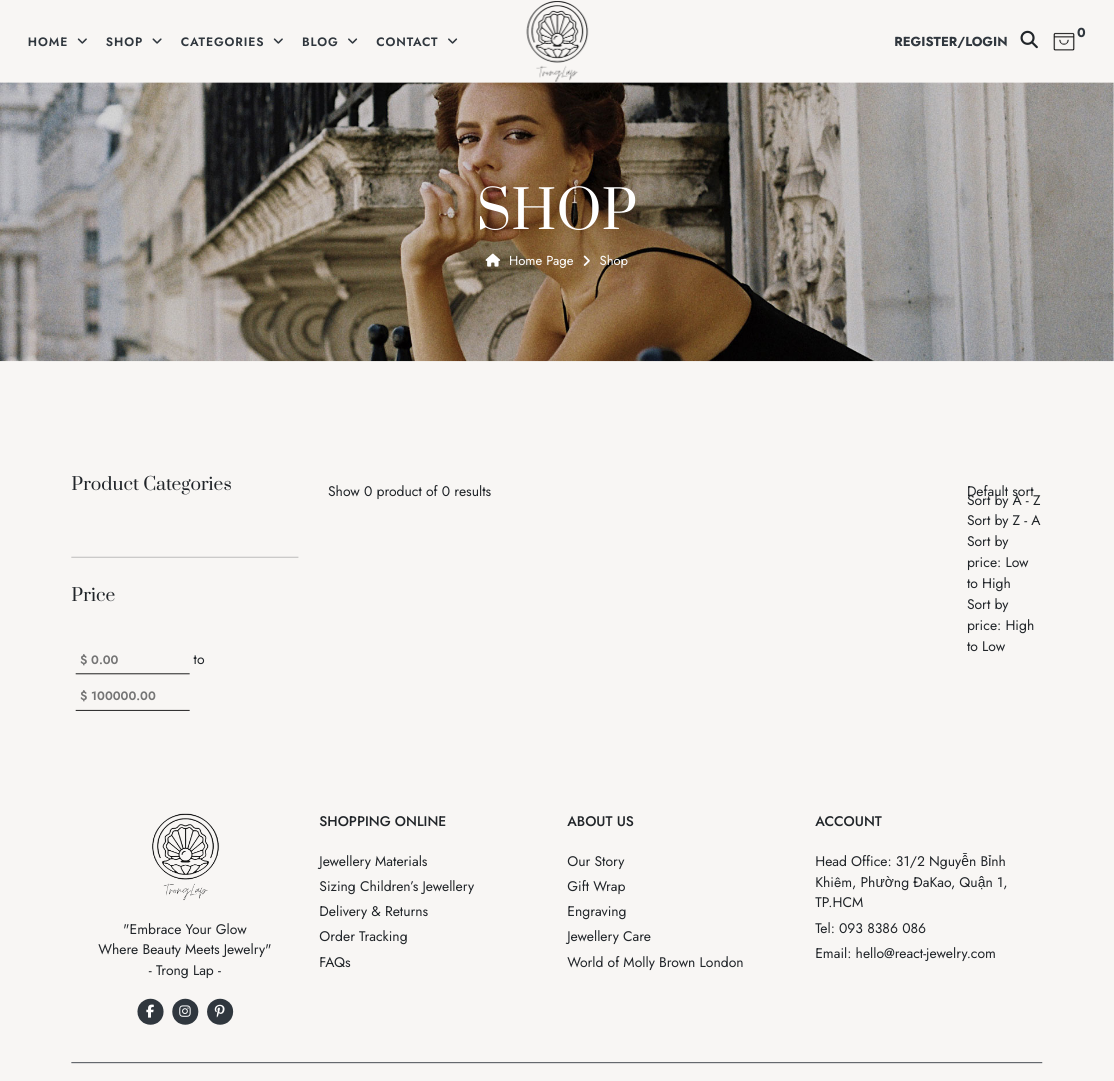
Repository: tronglap/react-jewelry
Page: /list-product
An editor plug-in stored every save of this project. The page is shown before and after the next save, followed by the edit.
The browser window is 1280 px wide. The pictures show the whole page, at 87% of full size.
The page's requests for data from a server got no answer. The project was rebuilt for these pictures with package versions that can differ from the ones it lists, and the page was loaded fresh each time. No one was signed in, and anything a server would have sent is missing. Also part of the build but not shown: src/component/Button/Button.css, src/component/Button/Button.js, src/component/SliderBar/SliderBar.css, src/component/SliderBar/SliderBar.js, src/component/Home/WWD/WWD.css, src/component/Home/WWD/WWD.js, src/component/Home/Home.css, src/component/Home/Categories/Categories.js and 14 more.

Above is the page before, as saved 2024-03-26 18:40:36.

### src/App.css
@import url('https://fonts.googleapis.com/css2?family=Jost:ital,wght@0,100..900;1,100..900&family=Prata&display=swap');


* {
    margin: 0;
    padding: 0;
    box-sizing: border-box;
}

img {
    width: 100%;
}

a {
    text-decoration: none;
}

ul {
    list-style: none;
    margin: 0;
    padding: 0;
}

body {
    font-family: "Jost", sans-serif;
    --seconddaryfont: "Prata";
    --color-primary: #daa14c;
    --color-secondary: #30373e;
    --color-text: #666;
    --color-accent: #30373e;
    --color-lighter: #888;
    --color-dark: #202020;
    --color-highlight: #ccc;
    --color-border: #e3e3e3;
    --color-background-light: #f8f6f4;
    --color-background-field: #DADADA20;
    background-color: #f8f6f4;
}

### src/component/AutoTop/AutoTop.js
import { useEffect } from "react";
import { useNavigate } from "react-router-dom";

const AutoTop = () => {
  const navigate = useNavigate();
  useEffect(() => {
    window.scrollTo({
      top: 0,
      behavior: "smooth",
    });
  }, [navigate]);
  return null;
};

export default AutoTop;

### src/component/Footer/Footer.css
.footer {
    margin-top: 10%;
    text-align: left;
    height: 40vh;
    border-bottom: 0.1px solid var(--color-secondary);
    margin-bottom: 20px;
}

.footer .logo {
    margin: 0 auto;
    width: 30%;
}

.footer .slogan {
    text-align: center;
    margin: 20px 0;
}

.footer .social-links {
    display: flex;
    gap: 10px;
    margin-top: 10px;
    justify-content: center;
}

.footer .social-links a {
    display: flex;
    align-items: center;
    justify-content: center;
    color: white;
    background-color: var(--color-secondary);
    border-radius: 50%;
    width: 30px;
    height: 30px;
    font-size: 20px;
    text-align: center;
    transition: 0.3s ease;
}

.footer .social-links a:hover {
    background-color: var(--color-primary);
}

::selection {
    color: white;
    background-color: var(--color-primary);
}

.footer ul {
    margin-top: 25px;
}

.footer ul li {
    margin-bottom: 5px;
    cursor: pointer;
    transition: 0.2s linear;
}

.footer ul li:hover {
    color: var(--color-primary)
}

### src/component/ListProduct/ListProduct.css
.ListProduct .box_product {
    margin-top: 10%;
}

.ListProduct .box_product .Product_Categories {
    font-size: 20px;
    font-family: 'Prata', sans-serif;
    font-weight: 400;
    line-height: 1.35;
    text-transform: capitalize;
    margin-bottom: 30px;
    padding-bottom: 10px;
}

.ListProduct .box_product .Categories {
    border-bottom: 1px solid rgba(128, 128, 128, 0.5);
    padding-bottom: 30px;
}

.ListProduct .box_product .Categories .diamonds {
    display: flex;
    width: 35%;
    justify-content: space-between;
    font-size: 18px;
    font-weight: 400;
    font-style: normal;
    text-rendering: optimizeLegibility;
    color: var(--color-text);
    line-height: 1.5;
    letter-spacing: 0;
    cursor: pointer;
    transition: 0.2s ease;
}

.ListProduct .box_product .Categories .diamonds:hover {
    color: var(--color-primary)
}

.ListProduct .box_product .FBP .filterbyprice {
    font-size: 20px;
    font-family: 'Prata', sans-serif;
    font-weight: 400;
    line-height: 1.35;
    text-transform: capitalize;
    margin-bottom: 30px;
    margin-top: 30px;
    padding-bottom: 10px;
}

.ListProduct .box_product .FBP input {
    width: 50%;
    padding: 5px;
    font-size: 14px;
    margin: 5px;
    font-weight: 600;
    text-transform: none;
    border: none;
    border-bottom: 1px solid black;
    outline: none;
    background-color: transparent;
}

input[type=number]::-webkit-inner-spin-button {
    -webkit-appearance: none;
}

.ListProduct .box_product .Cart_list {
    margin-bottom: 20px;
}

.ListProduct .box_product .sorting {
    display: flex;
    justify-content: space-between;
    align-items: center;
}

.ListProduct .box_product .sorting .Count_AP {
    display: flex;
    margin-bottom: 20px;
    padding: 10px;
}

.ListProduct .box_product .sort {
    display: flex;
    margin-bottom: 20px;
    padding: 10px;
    position: relative;
}

.ListProduct .box_product .sort .sorts {
    top: 20px;
    position: absolute;
}

### src/component/Cart/Cart.css
.Cart .link_header {
    display: flex;
    justify-content: flex-start;
    align-items: center;
}

.Cart .link_header .Home,
.Cart .link_header .Shop {
    line-height: 24px;
    text-decoration: none;
    color: var(--color-text);
    font-weight: 400;
    font-size: 14px;
    transition: 0.2s ease;
}

.Cart .link_header .Shop {
    color: var(--color-primary)
}

.Cart .link_header .Home:hover,
.Cart .link_header .Home:hover i {
    color: var(--color-primary)
}

.Cart .link_header .Home i,
.Cart .link_header .icon i {
    margin-right: 10px;
    color: var(--color-text);
    transition: 0.2s ease;
    font-size: 13px;
}

.Cart .link_header .icon {
    display: flex;
    align-items: center;
    justify-content: center;
    margin: 0 10px;
}

.Cart .cart-product {
    display: none;
    margin-top: 10%;
    text-align: center;
}

.Cart .cart-product.active {
    display: block;
}

.Cart .noti.active {
    display: none;
}

.Cart .cart-product .title {
    color: var(--color-secondary);
    font-weight: 600;
    text-transform: uppercase;
}

.Cart .cart-product .quantity {
    display: flex;
    align-items: center;
    justify-content: space-between;
    border: 1px solid #e3e3e3;

}

.Cart .cart-product .quantity input {
    padding: 13px 0;
    font-size: 14px;
    font-weight: 600;
    text-align: center;
    margin: 0 auto;
    outline: none;
    background-color: transparent;
    border: none;
    width: 50%;
}

.Cart .cart-product .quantity button {
    padding: 5px 10px 5px 10px;
    border: none;
    background-color: transparent;
    transition: 0.5s linear;
    border-radius: 50%;
    outline: none;
}

.Cart .cart-product .quantity button:active {
    background-color: rgba(128, 128, 128, 0.5)
}

p {
    margin: 0;
}

.Cart .cart-product .bill {
    text-align: left;
    padding: 30px 30px 40px;
    position: relative;
    background-color: #F8F6F4;
    border: 6px solid #E3E3E3;
    border-radius: 5px;
    color: var(--color-secondary)
}

.Cart .cart-product .bill .cart-total h2 {
    font-size: 28px;
    font-family: 'Prata', sans-serif;
    margin-bottom: 15px;
    font-weight: 400;
}

.Cart .cart-product .bill .total-product,
.Cart .cart-product .bill .total {
    display: flex;
    justify-content: space-between;
    align-items: center;
    font-size: 18px;
    padding: 1em 0;
}

.Cart .cart-product .bill .total {
    margin: 10% 0
}

.Cart .cart-product .bill .total .price {
    font-size: 24px;
    color: var(--color-primary);
    font-weight: 600;
}

.Cart .cart-product .bill .proceed-to-checkout {
    outline: none;
    text-align: center;
}

.Cart .cart-product .bill .proceed-to-checkout .btn-proceed .shop-now {
    margin: 0;
    text-transform: uppercase;
    width: 100%;
    font-weight: 600;
    font-size: 13px;
}

.Cart .cart-product .bill .proceed-to-checkout .btn-proceed .shop-now:hover {
    box-shadow: inset 350px 0 0 0 var(--color-primary);
}

### src/component/Home/Categories/Categories.css
img {
    width: 100%;
}

.icon_cate {
    display: flex;
    gap: 20px;
    margin: 10% 0;
    justify-content: center;
    align-items: center;
}

.icon_cate .icon1,
.icon_cate .icon2,
.icon_cate .icon3 {
    text-align: center;
}

.icon_cate .icon1 .img_icon,
.icon_cate .icon2 .img_icon,
.icon_cate .icon3 .img_icon {
    display: flex;
    justify-content: center;
    margin-bottom: 15px;
}

.icon_cate .icon1 .img_icon .thumb,
.icon_cate .icon2 .img_icon .thumb,
.icon_cate .icon3 .img_icon .thumb {
    width: 25%;
    border-radius: 50%;
    padding: 20px;
    transition: 0.2s ease;
}

.icon_cate .icon1:hover .img_icon .thumb,
.icon_cate .icon2:hover .img_icon .thumb,
.icon_cate .icon3:hover .img_icon .thumb {
    background: var(--color-primary)
}

.icon_cate .icon1 .title,
.icon_cate .icon2 .title,
.icon_cate .icon3 .title {
    font-size: 24px;
    font-family: 'Prata', sans-serif;
    letter-spacing: .3px;
    color: var(--color-secondary);
    margin-bottom: 15px;
    transition: 0.2s ease;
}

.icon_cate .icon1:hover .title,
.icon_cate .icon2:hover .title,
.icon_cate .icon3:hover .title {
    color: var(--color-primary)
}

.icon_cate .icon1 .desc,
.icon_cate .icon2 .desc,
.icon_cate .icon3 .desc {
    width: 60%;
    margin: 0 auto;
}

.cate {
    overflow: hidden;
}

.cate .right .diamond {
    overflow: hidden;
}

.cate .right {
    display: flex;
    flex-wrap: wrap;
    gap: 5%;
}

.cate .necklaces,
.cate .right .diamond,
.cate .right .earrings,
.cate .right .rings {
    position: relative;
    transition: 0.5s ease;
}

.cate .necklaces::after,
.cate .right .diamond::after,
.cate .right .earrings::after,
.cate .right .rings::after {
    content: "";
    display: block;
    opacity: 0;
    width: 100%;
    height: 200px;
    background: linear-gradient(to top, rgba(0, 0, 0, 0.3), rgba(0, 0, 0, 0));
    bottom: -100px;
    position: absolute;
    transition: 0.5s ease;
    z-index: 0;
}

.cate .necklaces:hover::after,
.cate .right .diamond:hover::after,
.cate .right .earrings:hover::after,
.cate .right .rings:hover::after {
    opacity: 1;
    bottom: 0;
}

.cate .necklaces::before,
.cate .right .diamond::before,
.cate .right .earrings::before,
.cate .right .rings::before {
    content: "";
    opacity: 0;
    width: 100%;
    height: 50px;
    font-family: 'Prata', sans-serif;
    font-size: 35px;
    color: white;
    text-align: center;
    bottom: -50px;
    position: absolute;
    transition: 0.5s ease;
    z-index: 1;
}

.cate .necklaces:hover::before {
    content: "Necklaces";
    opacity: 1;
    bottom: 20px;
}

.cate .right .diamond:hover::before {
    content: "Diamond";
    opacity: 1;
    bottom: 20px;
}

.cate .right .earrings:hover::before {
    content: "Earrings";
    opacity: 1;
    bottom: 20px;
}

.cate .right .rings:hover::before {
    content: "Rings";
    opacity: 1;
    bottom: 20px;
}

### src/component/Header/Header.css
.nav {
    display: flex;
    justify-content: space-between;
    padding: 10px 50px;
    position: absolute;
    background-color: rgba(255, 255, 255, 0);
    color: var(--color-secondary);
    z-index: 1;
    width: 100%;
}

svg {
    margin-top: 0px;
}

path {
    fill: black;
    stroke: black;
    stroke-width: 2px;
    transition: 0.2s linear;
}



.nav .left,
.nav .mid,
.nav .right {
    display: flex;
    align-items: center;
    justify-content: center;
    width: 10%;
}

.nav .right .register a {
    color: var(--color-secondary);
    text-transform: uppercase;
    font-weight: bold;
    font-size: 15px;
    transition: 0.2s linear;
}

.nav .right .register a:hover {
    color: var(--color-primary)
}

.nav .right .cart {
    display: flex;
    justify-content: center;
    align-items: center;
    margin-left: 15px;
    cursor: pointer;
}


.nav .right .cart:hover svg path {
    fill: var(--color-primary);
    stroke: var(--color-primary);
    stroke-width: 2px;
}

.nav .right .cart:hover .count {
    color: var(--color-primary)
}

.nav .right .cart .count {
    font-weight: bold;
    font-size: 15px;
    margin-bottom: 20px;
    transition: 0.2s linear;
    color: var(--color-secondary)
}


.nav .left .bar {
    display: flex;
    justify-content: center;
    align-items: center;
    cursor: pointer;
    position: relative;
    color: transparent;
}

.nav .left .bar .line1 {
    display: block;
    width: 20px;
    height: 2px;
    background-color: var(--color-secondary);
    top: 5px;
    left: 0;
    position: absolute;
    border-radius: 5px;
    transition: 0.1s linear;
}

.nav .left .bar .line2 {
    display: block;
    width: 15px;
    height: 2.5px;
    background-color: var(--color-secondary);
    top: 10px;
    left: 0;
    position: absolute;
    transition: 0.1s linear;
    border-radius: 5px;
}

.nav .left .bar .line3 {
    display: block;
    width: 20px;
    height: 2.5px;
    background-color: var(--color-secondary);
    top: 15px;
    left: 0;
    position: absolute;
    border-radius: 5px;
    transition: 0.1s linear;
}

.nav .left .bar:hover .line1,
.nav .left .bar:hover .line2,
.nav .left .bar:hover .line3 {
    background-color: var(--color-primary)
}

.nav .left .bar:hover .line2 {
    width: 20px;
}

.nav .left .search {
    display: flex;
    justify-content: center;
    align-items: center;
    cursor: pointer;
    transition: 0.2s ease;
}

.nav .left .search:hover {
    color: var(--color-primary)
}

.nav .left .search p {
    text-transform: uppercase;
    font-size: 10px;
    font-weight: bold;
    margin: 0;
}

.nav .left .search i {
    margin-right: 5px;
    font-size: 20px;
}

.nav .mid .logo {
    width: 30%;
}

/*------------------------------------*/

/*  {
    display: none;
    top: 0;
    left: 0;
    width: 100%;
    background-color: rgba(0, 0, 0, 0.5);
    position: absolute;
}

.active {
    display: block;
} */

.NavBar {
    opacity: 0;
    pointer-events: none;
    top: 0;
    left: -200px;
    width: 30%;
    height: 100vh;
    padding: 20px;
    transition: 0.3s linear;
    background-color: white;
    position: absolute;

}

.NavBar.active {
    pointer-events: visible;
    opacity: 1;
    left: 0;
}

.NavBar .icon_close {
    margin-bottom: 5%;
    cursor: pointer;
    position: relative;
}


.NavBar .icon_close .icon .line1 {
    width: 20px;
    height: 2px;
    top: 10px;
    right: 0;
    border-radius: 5px;
    background-color: black;
    transition: 0.3s ease;
    transform: rotate(45deg);
    position: absolute;
}

.NavBar .icon_close .icon .line2 {
    width: 20px;
    height: 2px;
    top: 10px;
    right: 0;
    border-radius: 5px;
    background-color: black;
    transition: 0.3s ease;
    transform: rotate(-45deg);
    position: absolute;
}

.NavBar .icon_close .icon:hover .line1,
.NavBar .icon_close .icon:hover .line2 {
    transform: rotate(0);
    height: 3.5px;
    background-color: var(--color-primary)
}

.NavBar .icon_close .Menu {
    color: var(--color-secondary);
    text-transform: uppercase;
    text-align: left;
    font-size: 14px;
    font-weight: 500;
    line-height: 20px;
    position: relative;
}

.NavBar .icon_close .Menu::after {
    content: "";
    display: block;
    margin-top: 20%;
    width: 100%;
    height: 2px;
    background-color: var(--color-primary);
    position: absolute;
}

.NavBar .Home,
.NavBar .Shop,
.NavBar .Categories,
.NavBar .Blog,
.NavBar .Contact {
    display: flex;
    justify-content: space-between;
    align-items: center;
    font-weight: 400;
    font-size: 14px;
    color: var(--color-secondary);
    padding: 15px 0px;
    transition: 0.1s linear;
    cursor: pointer;
}

.NavBar .Home i,
.NavBar .Shop i,
.NavBar .Categories i,
.NavBar .Blog i,
.NavBar .Contact i {
    font-size: 15px;
    transition: 0.3s ease;
}

.NavBar .Home:hover,
.NavBar .Shop:hover,
.NavBar .Categories:hover,
.NavBar .Blog:hover,
.NavBar .Contact:hover {
    color: var(--color-primary)
}

.NavBar .Home.active i,
.NavBar .Shop.acive i,
.NavBar .Categories.active i,
.NavBar .Blog.active i,
.NavBar .Contact.active i {
    transform: rotate(90deg);
}

### src/component/Header/HeaderMain/Header.css
svg {
    margin-top: 0px;
}

path {
    fill: black;
    stroke: black;
    stroke-width: 2px;
    transition: 0.2s linear;
}

.HeaderMain {
    display: flex;
    justify-content: space-between;
    align-items: center;
    padding: 0 20px;
}

.HeaderMain .left {
    display: flex;
    gap: 20px;
    width: 40%;
}

.HeaderMain .left .Home,
.HeaderMain .left .Shop,
.HeaderMain .left .Categories,
.HeaderMain .left .Blog,
.HeaderMain .left .Contact {
    display: flex;
    justify-content: space-between;
    align-items: center;
    text-transform: uppercase;
    line-height: 1.2857142857;
    font-weight: 600;
    font-size: 14px;
    color: var(--color-secondary);
    letter-spacing: 1px;
    transition: 0.2s ease;
}

.HeaderMain .left .Home:hover,
.HeaderMain .left .Shop:hover,
.HeaderMain .left .Categories:hover,
.HeaderMain .left .Blog:hover,
.HeaderMain .left .Contact:hover {
    color: var(--color-primary);
}


.HeaderMain .left .Home i,
.HeaderMain .left .Shop i,
.HeaderMain .left .Categories i,
.HeaderMain .left .Blog i,
.HeaderMain .left .Contact i {
    margin-left: 10px;
}

.HeaderMain .mid {
    display: flex;
    justify-content: center;
    width: 20%;
}

.HeaderMain .mid .thumb {
    width: 30%;
}

.HeaderMain .right {
    display: flex;
    align-items: center;
    justify-content: right;
    width: 40%;
}

.HeaderMain .right .register a {
    color: var(--color-secondary);
    text-transform: uppercase;
    font-weight: bold;
    font-size: 15px;
    transition: 0.2s linear;
}

.HeaderMain .right .register a:hover {
    color: var(--color-primary)
}

.HeaderMain .right .search {
    transition: 0.2s ease;
}

.HeaderMain .right .search i {
    font-size: 20px;
    margin-left: 15px;
}

.HeaderMain .right .search:hover {
    color: var(--color-primary)
}

.HeaderMain .right .cart {
    display: flex;
    justify-content: center;
    align-items: center;
    margin-left: 15px;
    cursor: pointer;
}


.HeaderMain .right .cart:hover svg path {
    fill: var(--color-primary);
    stroke: var(--color-primary);
    stroke-width: 2px;
}

.HeaderMain .right .cart:hover .count {
    color: var(--color-primary)
}

.HeaderMain .right .cart .count {
    font-weight: bold;
    font-size: 15px;
    margin-bottom: 20px;
    transition: 0.2s linear;
    color: var(--color-secondary)
}

### src/component/ListProduct/Banner/Banner.css
.Banner {
    position: relative;
}

.Banner::after {
    content: "";
    display: block;
    width: 100%;
    height: 100%;
    background-color: rgba(0, 0, 0, 0.5);
}

.Banner .content {
    text-align: center;
    width: 100%;
    top: 50%;
    transform: translateY(-50%);
    position: absolute;
    z-index: 999;

}

.Banner .content .title {
    font-size: 60px;
    font-family: 'Prata', sans-serif;
    color: white;
}

.Banner .content .link_header {
    display: flex;
    justify-content: center;
    align-items: center;
}

.Banner .content .link_header .Home,
.Banner .content .link_header .Shop {
    text-decoration: none;
    color: white;
    font-weight: 400;
    font-size: 15px;
    transition: 0.2s ease;
}

.Banner .content .link_header .Home:hover,
.Banner .content .link_header .Home:hover i {
    color: var(--color-primary)
}

.Banner .content .link_header .Home i,
.Banner .content .link_header .icon {
    margin-right: 10px;
    color: white;
    transition: 0.2s ease
}

.Banner .content .link_header .icon {
    display: flex;
    align-items: center;
    justify-content: center;
    margin: 0 10px;
}

### src/component/CardProduct/CartProduct.css
img {
    width: 100%;
}

.Card_item {
    margin: 0 5px;
    text-align: center;
    position: relative;
    width: 100%;
    text-align: center;
    overflow: hidden;
}

.Card_item .thumb {
    display: block;
    position: relative;
    transition: 0.5s linear;
    overflow: hidden;
    width: 290px;
}

.Card_item .thumb:hover {
    border-radius: 49% 49% 0 0;
}

.Card_item .thumb img {
    transition: 0.5s ease;
    position: relative;
}

.Card_item .thumb img:first-child {
    opacity: 1;
    transition: 0.3s linear;

}

.Card_item .thumb:hover img:first-child {
    opacity: 0;
}

.Card_item .thumb img:last-child {
    opacity: 0;
    position: absolute;
    top: 0;
    left: 0;
    transition: 0.3s linear;
}

.Card_item .thumb:hover img:last-child {
    opacity: 1;
    display: block;
    transform: scale(1.2);
}

.Card_item .sale {
    display: none;
    width: 50px;
    height: 20px;
    color: white;
    padding: 2.5px 10px;
    font-weight: bold;
    font-size: 10px;
    top: 10px;
    left: 10px;
    background-color: var(--color-primary);
    position: absolute;
    transition: 0.2s linear;
    z-index: 999;
}

.Card_item .sale.active {
    display: block;
}

.Card_item:hover .sale.active {
    display: none;
}

.Card_item .info {
    margin-top: 10px;
}

.Card_item .info .cate {
    color: var(--color-primary);
    text-transform: uppercase;
    font-size: 12px;
    font-weight: 500;
    line-height: 1.35;
}

.Card_item .info .name {
    font-size: 20px;
    color: var(--color-secondary);
    text-transform: capitalize;
    transition: 0.2s ease;
}

.Card_item .info .name:hover {
    color: var(--color-primary)
}

.Card_item .info .material {
    color: var(--color-text);
    text-transform: capitalize;
    font-size: 14px
}

.Card_item .info .price .discount {
    font-weight: 700;
    color: var(--color-secondary)
}

.Card_item .info .price .cost {
    color: var(--color-secondary);
    font-weight: 500;
    text-decoration: line-through;
    font-size: 14px;
}

.Card_item .info .price .discount.active {
    display: none;
}

.Card_item .info .price .cost.active {
    font-weight: 700;
    color: var(--color-secondary);
    text-decoration: none;
    font-size: 16px;
}

### src/component/CardNews/CardNews.css
img {
    width: 100%;
}

.Card_news {
    width: 90%;
    margin: 0 auto;
    cursor: pointer;
}

.Card_news .thumb {
    margin-bottom: 3%;
    overflow: hidden;
}

.Card_news .thumb img {
    transition: 0.3s linear;
}

.Card_news .thumb:hover img {
    transform: scale(1.1);
}

.Card_news .infor {
    text-align: center;
}

.Card_news .infor .date p {
    font-size: 14px;
    text-transform: capitalize;
    color: var(--color-lighter);
    transition: 0.5s ease
}

.Card_news .infor .date p:hover {
    color: var(--color-primary)
}

.Card_news .infor .title h4 {
    display: -webkit-box;
    -webkit-box-orient: vertical;
    -webkit-line-clamp: 1;
    overflow: hidden;
    transition: 0.3s ease;
}

.Card_news .infor .title h4:hover {
    color: var(--color-primary)
}

.Card_news .infor .content p {
    display: -webkit-box;
    -webkit-box-orient: vertical;
    -webkit-line-clamp: 3;
    overflow: hidden;
    color: var(--color-text)
}

.Card_news .infor .view {
    color: var(--color-dark);
    font-weight: bold;
    font-size: 13px;
    font-weight: 600;
    line-height: 1.3;
    text-transform: uppercase;
    transition: 0.3s linear;
    margin-top: 12%;
}

.Card_news .infor .view:hover {
    color: var(--color-primary)
}

@keyframes zoom_news {
    0% {
        transform: scale(1);
    }

    100% {
        transform: scale(1.1);
    }
}

Loaded but not shown: public/index.html (common file); src/index.js (common file); src/index.css (common file); src/reportWebVitals.js (common file); src/component/ListProduct/ListProduct.js (165 lines, source omitted); src/component/Header/HeaderMain/Header.js (74 lines, source omitted); src/component/Footer/Footer.js (69 lines, source omitted); src/App.js (36 lines, source omitted); src/UseContext.js (36 lines, source omitted); src/component/ListProduct/Banner/Banner.js (31 lines, source omitted); src/UseFetch.js (26 lines, source omitted)

After the next save:
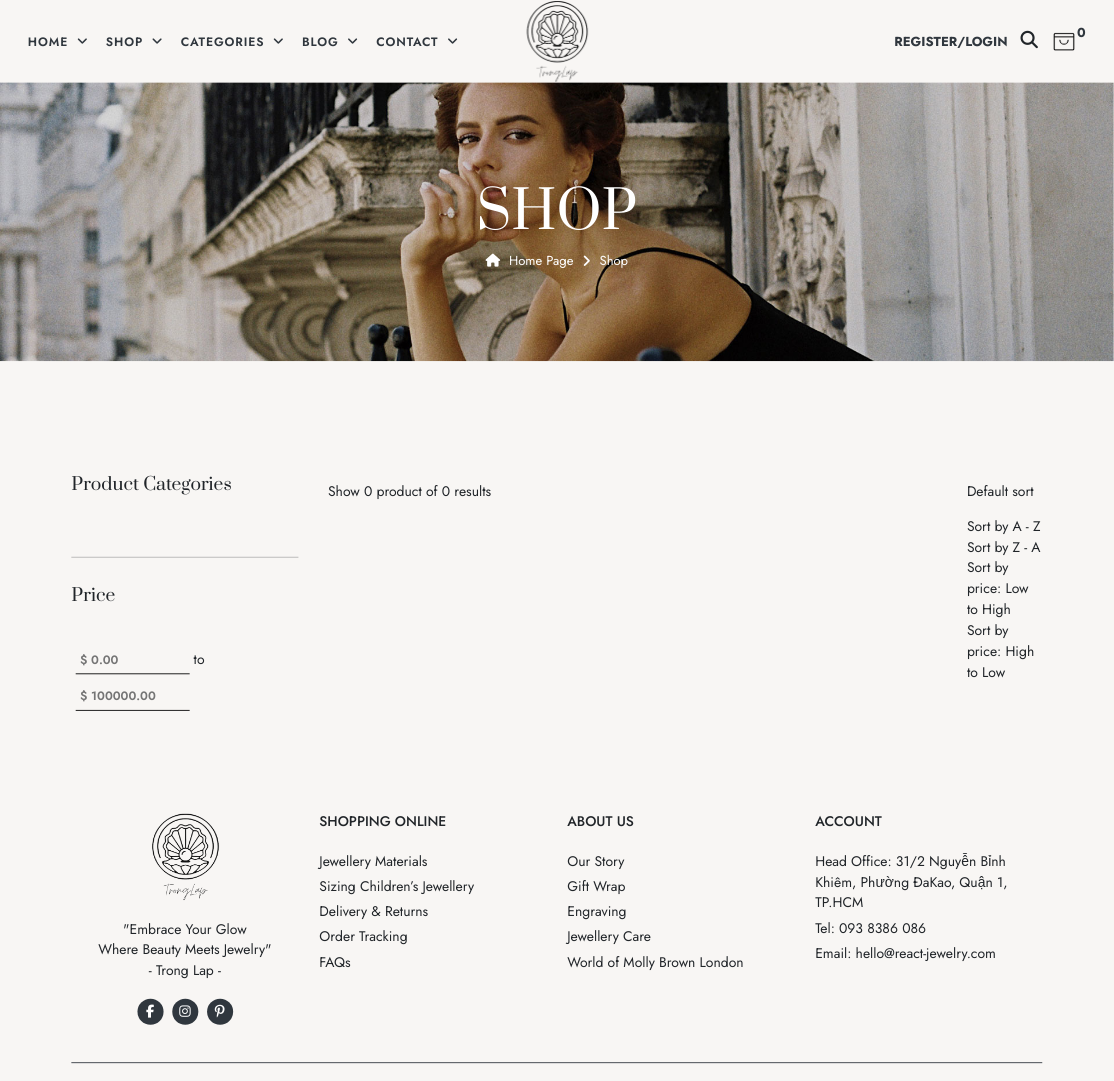
Saved 4 s later.
--- a/src/component/ListProduct/ListProduct.css
+++ b/src/component/ListProduct/ListProduct.css
@@ -88,6 +88,6 @@ input[type=number]::-webkit-inner-spin-button {
 }
 
 .ListProduct .box_product .sort .sorts {
-    top: 20px;
+    top: 50px;
     position: absolute;
 }
